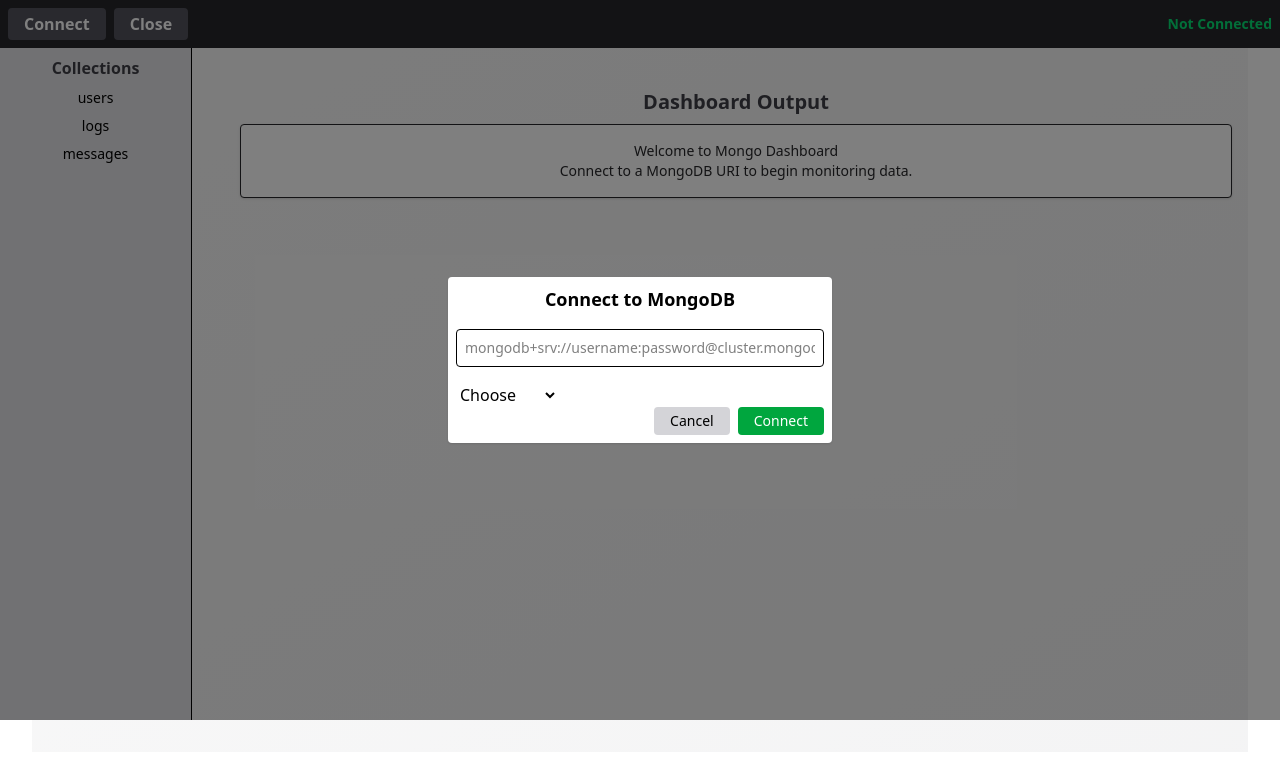
Repository: aryan151pratap/Dashboard
Page: / (app in frontened/), after clicking the first element matching `button.capitalize`
The author's editor kept a copy of each file at every save. The page is drawn from the files as they stood at one save, then again after the next save.
The browser window is 1280 px wide. The pictures show the whole page.
The project was rebuilt for these pictures with package versions that can differ from the ones it lists, and the page was loaded fresh each time. Also part of the build but not shown: frontened/vite.config.js.

Above is the page before, as saved 2025-06-24 13:28:28.

After the next save:
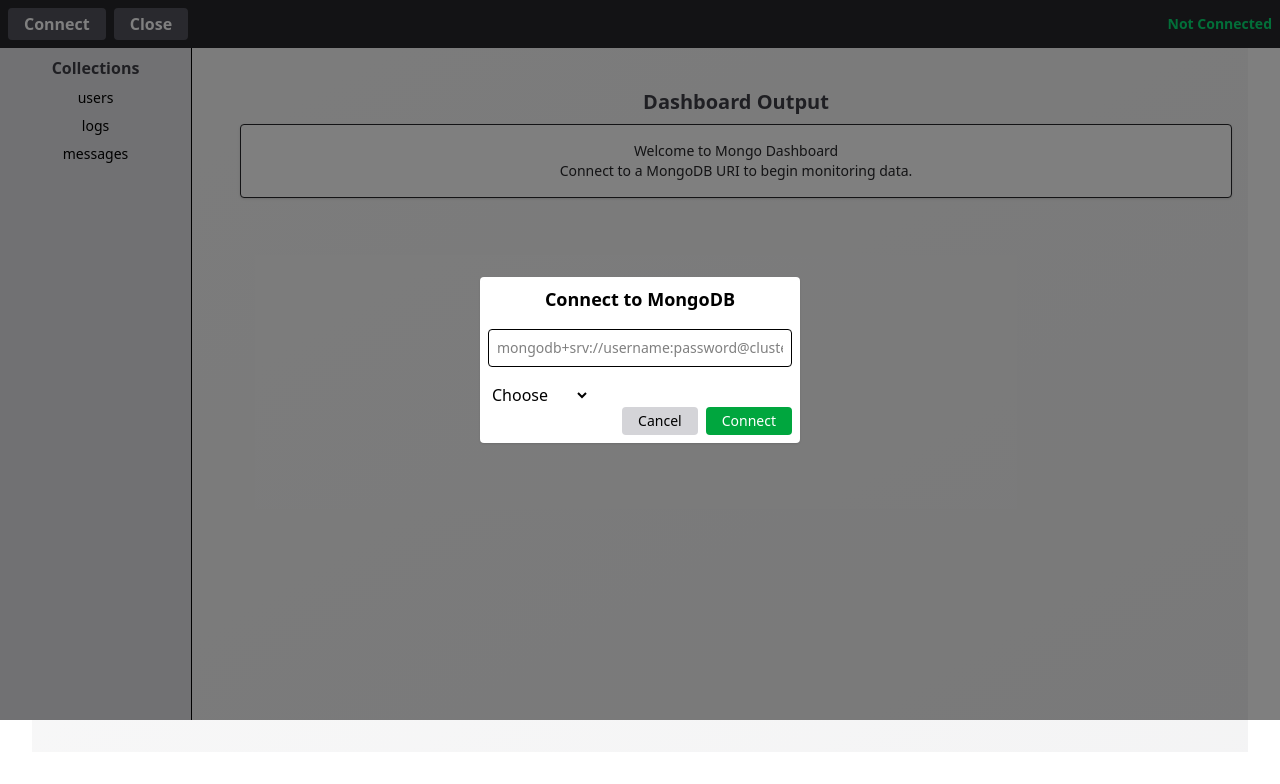
Saved 13 s later.
--- a/frontened/src/component/connect.jsx
+++ b/frontened/src/component/connect.jsx
@@ -21,7 +21,7 @@
 	return(
 		<>
 		<div className="fixed inset-0 bg-black/50 flex justify-center items-center z-20">
-			<div className="bg-white p-2 rounded w-full max-w-sm shadow">
+			<div className="bg-white p-2 rounded w-full max-w-xs shadow">
 				<h2 className="text-lg font-semibold mb-4">Connect to MongoDB</h2>
 				<input
 					type="text"
